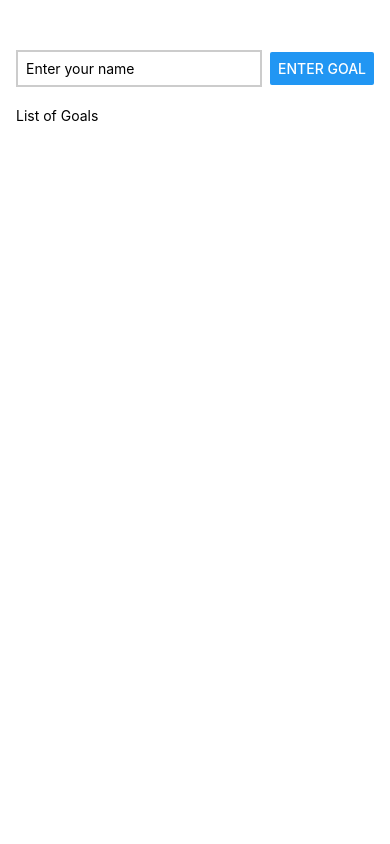
Repository: thezaidbintariq/RNCourse
Screen: /
The author's editor kept a copy of each file at every save. The screen is drawn from the files as they stood at one save, then again after a run of saves.
The app was drawn by React Native's web renderer in a window 390 px wide. The project was rebuilt for these pictures with package versions that can differ from the ones it lists, and the page was loaded fresh each time.

Above is the screen before, as saved 2022-08-09 14:54:46.

### App.js
import { Button, StyleSheet, Text, TextInput, View } from 'react-native';

export default function App() {
  return (
    <View style={styles.appContainer}>
      <View style={styles.inputContainer}>
        <TextInput style={styles.input} placeholder="Enter your name" />
        <Button title="Enter Goal" />
      </View>
      <View>
        <Text>List of Goals</Text>
      </View>
    </View>
  );
}

const styles = StyleSheet.create({
  appContainer : {
   paddingTop: 50,
   paddingHorizontal: 16
  },
  inputContainer: {
    flexDirection: 'row',
    justifyContent: 'space-between',
    alignItems: 'center',
    paddingBottom: 20
  },
  input: {
    width: '70%',
    borderColor: '#cccccc',
    borderWidth: 2,
    padding: 8,
    marginRight: 8
  }
}
);

After the next 7 saves:
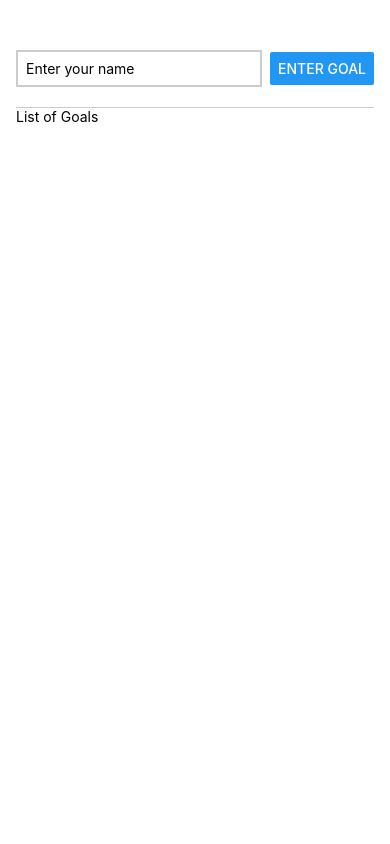
The 7 saves are shown as one change because they came seconds apart.
The last was saved 30 s later.
--- a/App.js
+++ b/App.js
@@ -23,7 +23,9 @@ const styles = StyleSheet.create({
     flexDirection: 'row',
     justifyContent: 'space-between',
     alignItems: 'center',
-    paddingBottom: 20
+    paddingBottom: 20,
+    borderBottomWidth: 1,
+    borderColor: '#ccc'
   },
   input: {
     width: '70%',
